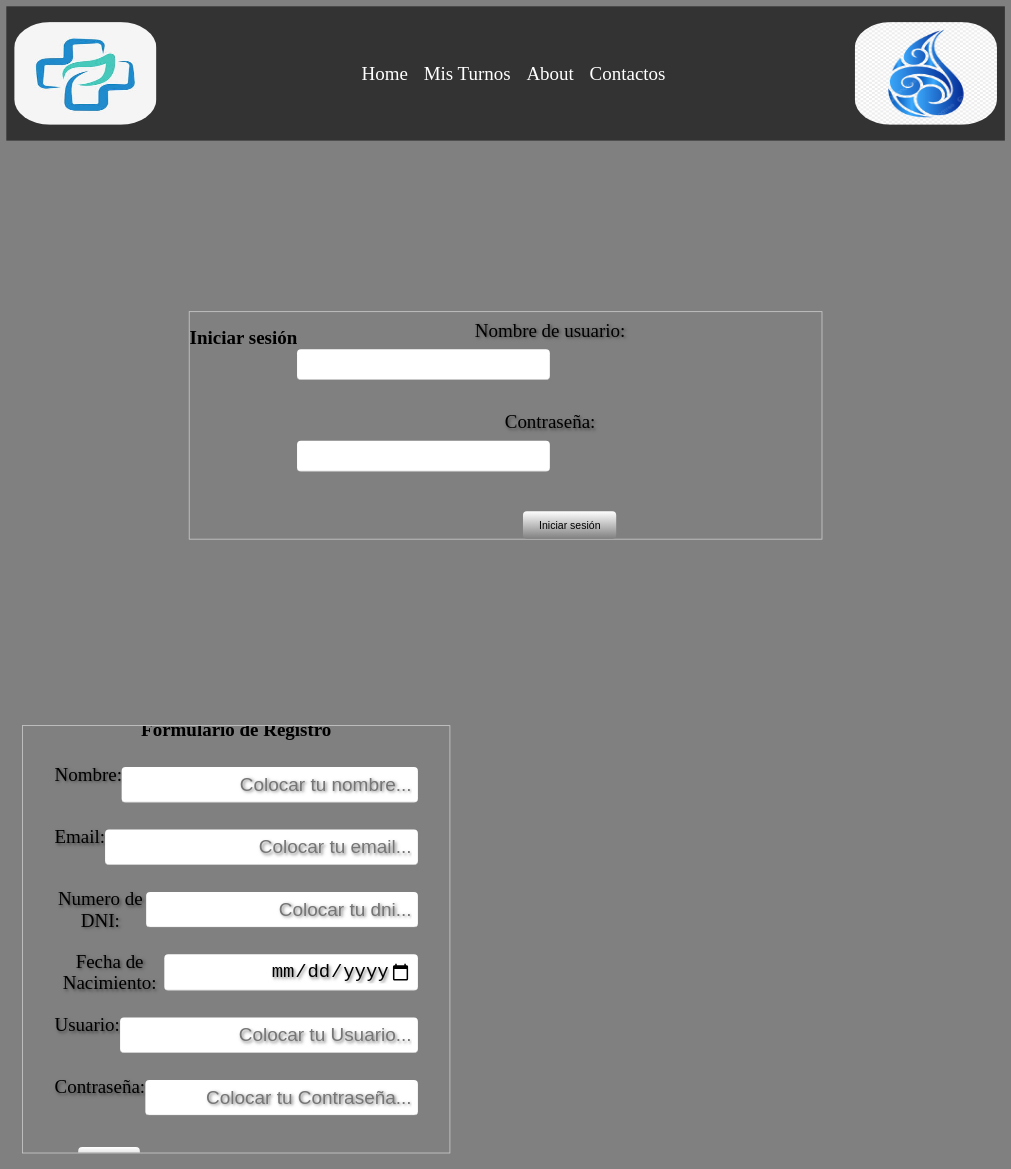
Repository: mauro8778/TurnoClinica
Page: / (app in front/vite-project/)
An editor plug-in stored every save of this project. The page is shown before and after the next save, followed by the edit.
The browser window is 1280 px wide. The pictures show the whole page, at 79% of full size.
The project was rebuilt for these pictures with package versions that can differ from the ones it lists, and the page was loaded fresh each time. Also part of the build but not shown: front/vite-project/vite.config.js.

Above is the page before, as saved 2024-04-14 14:10:25.

After the next save:
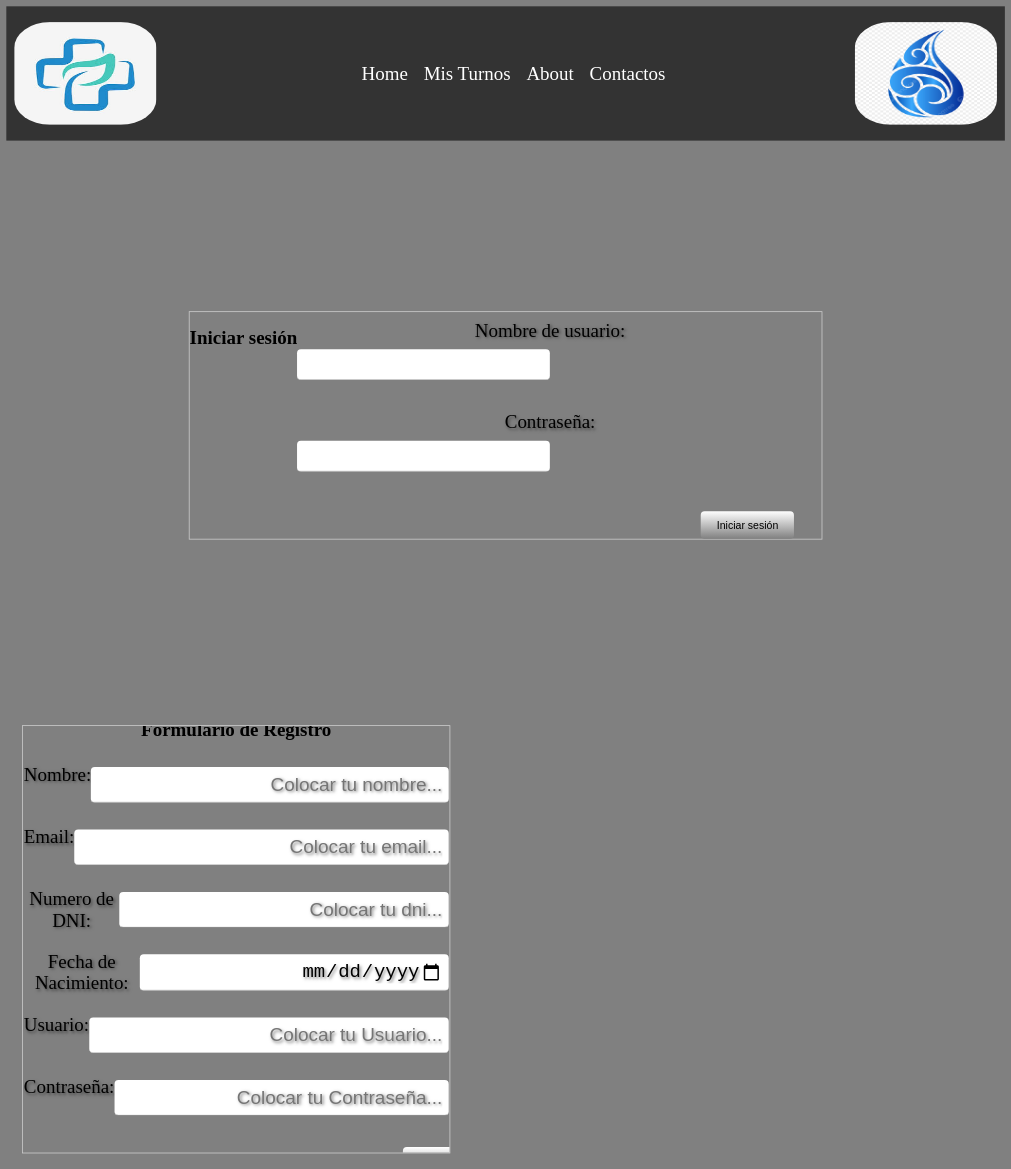
Saved 10 s later.
--- a/front/vite-project/src/views/Register/Register.css
+++ b/front/vite-project/src/views/Register/Register.css
@@ -36,7 +36,7 @@
     border: none;
     color: black;
     cursor: pointer;
-    margin-left: 50px;
+    margin-left: 500px;
   }
 
   button:hover {
